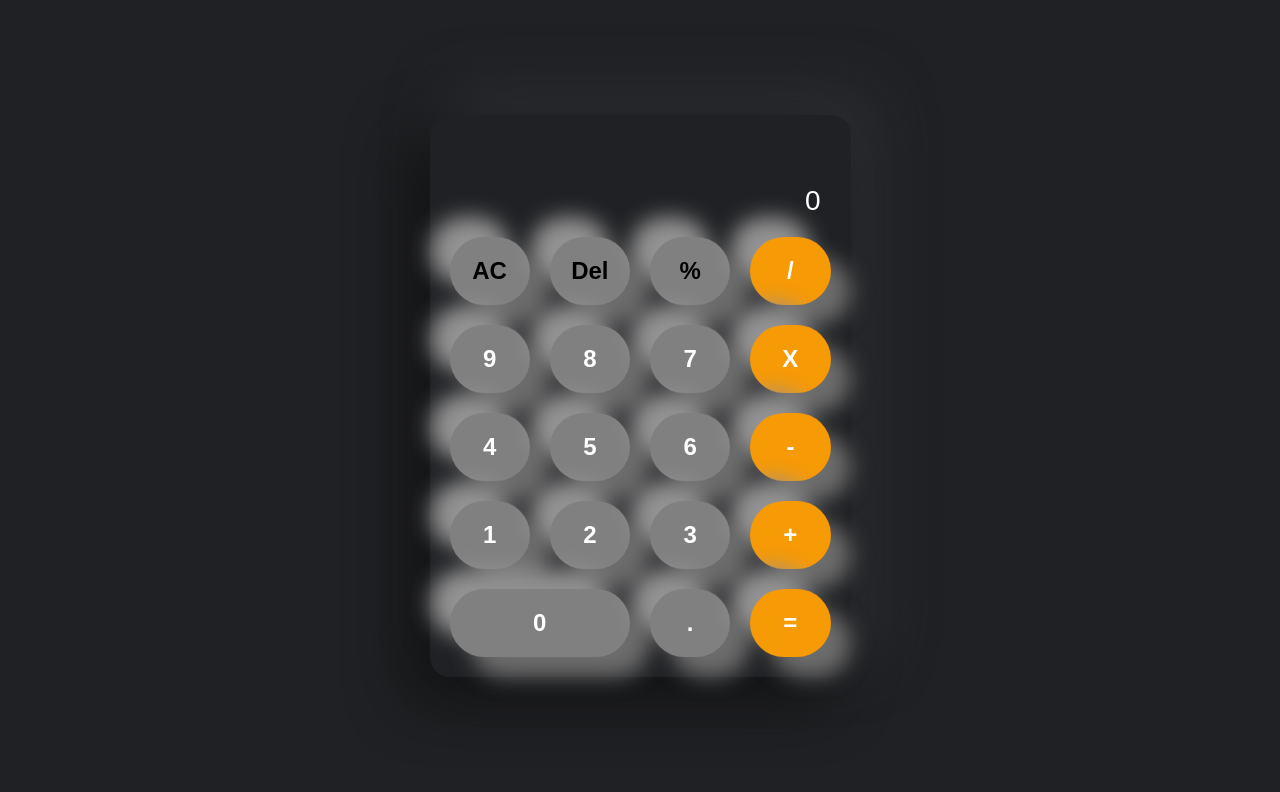
Repository: ble-syn/reactCalculator
Page: /
These files come from the project's save history. The page is drawn as it stood at one moment and after the next save; the edit follows.
The browser window is 1280 px wide. The pictures show the whole page.
The project was rebuilt for these pictures with package versions that can differ from the ones it lists, and the page was loaded fresh each time.

Above is the page before, as saved 2022-10-06 23:02:53.

### src/index.css
*{
  margin: 0;
  box-sizing: border-box;
}

body{
  display: flex;
  justify-content: center;
  align-items: center;
  flex-direction: column;
  background-color: #202124;
  color: #fff;
  margin: 9% auto;
  background: #202124;
}
.container {
  max-width: 1000px;
}
.calculator{
  padding: 20px;
  border-radius: 20px;
  background: #202124;
  box-shadow:  -20px 20px 60px #101112,
             20px -20px 60px #303236;
}
#calculator-display {
  border: none;
  width: 100%;
  text-align: right;
  font-size: 28px;
  padding: 50px 10px 20px;
  color: #fff;
  background-color: #202124;
}
#calculator-display:focus {
  outline: none;
}
#calculator-display::-webkit-input-placeholder {
  color: #fff;
}
.calculator-keys{
  display: grid;
  grid-template-columns: repeat(4, 1fr);
  grid-gap: 20px;
}
button {
  padding: 20px 15px;
  display: grid;
  place-items: center;
  outline: none;
  border-radius: 50px;
  font-weight: 700;
  border: none;
  color: #fff;
  font-size: 24px;
  cursor: pointer;
  background: #808080;
  box-shadow:  20px 20px 21px #6d6d6d,
               -20px -20px 21px #939393;
}
button:focus {
  background-color: #D1D1D1;
}
.zero {
  grid-column: 1/3;
}
.gray {
  background-color: #808080;
  color: #000;
}
.yellow {
  background-color: #F69A06;
}
.yellow:focus{
  background-color: #ffffff;
  color: #F69A06;
}

### src/App.js
import {useState} from "react";

function App() {
  const [numDisplay, setNumDisplay] = useState("")
  const operators = ["+", "-", "*", "/"]

const numClick = (event) => {
      event.preventDefault()

      let value = event.target.value
      setNumDisplay(numDisplay + value)
}


const deleteNum = () => {
  setNumDisplay(numDisplay.slice(0, -1))
}
const reset = () => {
  setNumDisplay("")
}
const percent = () => {
  setNumDisplay(numDisplay / 100)
}
const equals = () => {
  setNumDisplay(eval(numDisplay))
}

  return (
    <main id="container">
      <div class="calculator">
          <div><input id="calculator-display" type="text" placeholder="0" value={numDisplay} /></div>

        <div class="calculator-keys">

          <button onClick={reset} value=" " class="gray">AC</button>
          <button onClick={deleteNum} value="" class="gray">Del</button>
          <button onClick={percent} value="%" class="gray">%</button>
          <button onClick={numClick} value="/" class="yellow">/</button>
          <button onClick={numClick} value="9">9</button>
          <button onClick={numClick} value="8">8</button>
          <button onClick={numClick} value="7" >7</button>
          <button onClick={numClick} value="*" class="yellow">X</button>
          <button onClick={numClick} value="4">4</button>
          <button onClick={numClick} value="5">5</button>
          <button onClick={numClick} value="6">6</button>
          <button onClick={numClick} value="-" class= "yellow">-</button>
          <button onClick={numClick} value="1">1</button>
          <button onClick={numClick} value="2">2</button>
          <button onClick={numClick} value="3">3</button>
          <button onClick={numClick} value="+" class="yellow">+</button>
          <button onClick={numClick} value="0" class="zero" >0</button>
          <button onClick={numClick} value="." data-action="decimal">.</button>
          <button onClick={equals} value="=" class="yellow">=</button>

        </div>
      </div>
    </main>
  )
}

export default App;

Loaded but not shown: public/index.html (common file); src/index.js (common file); src/reportWebVitals.js (common file)

After the next save:
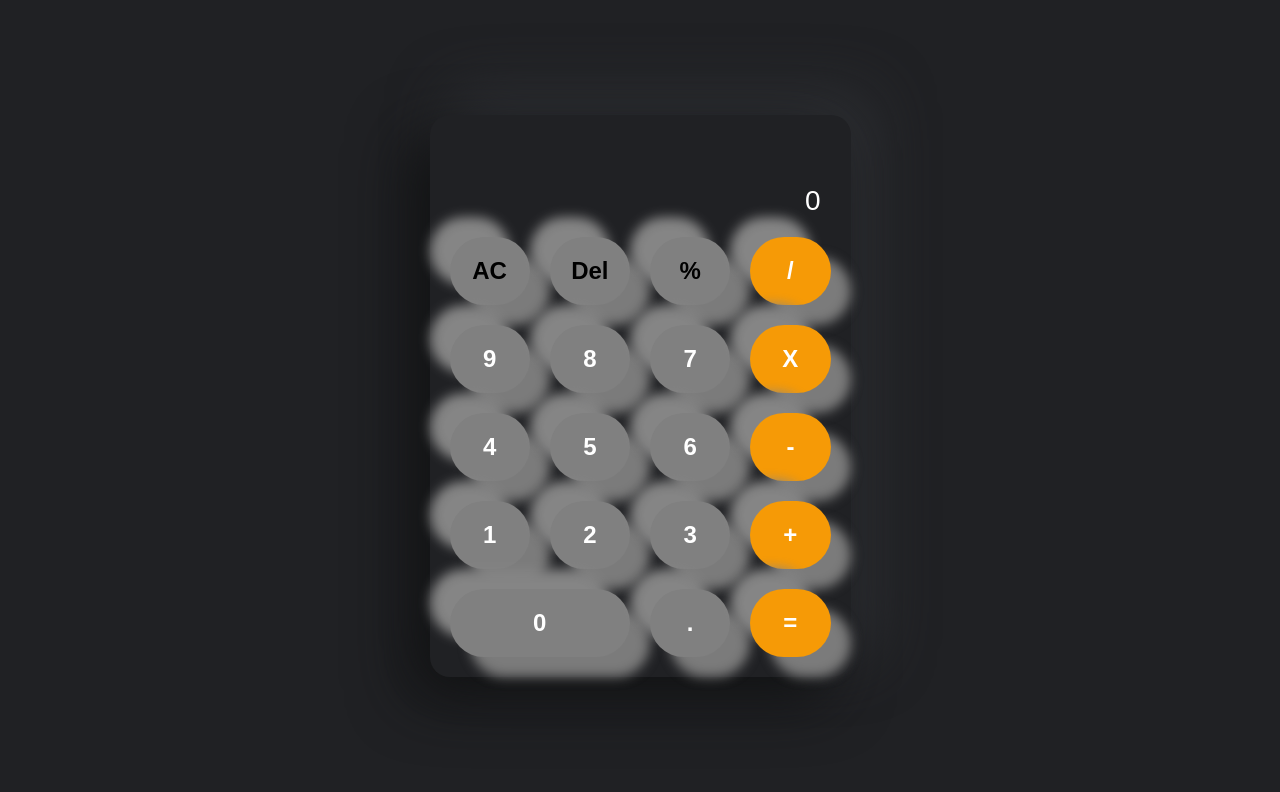
Saved 40 s later.
--- a/src/index.css
+++ b/src/index.css
@@ -55,8 +55,8 @@ button {
   font-size: 24px;
   cursor: pointer;
   background: #808080;
-  box-shadow:  20px 20px 21px #6d6d6d,
-               -20px -20px 21px #939393;
+  box-shadow:  20px 20px 12px #7b7b7b,
+  -20px -20px 12px #858585;
 }
 button:focus {
   background-color: #D1D1D1;
